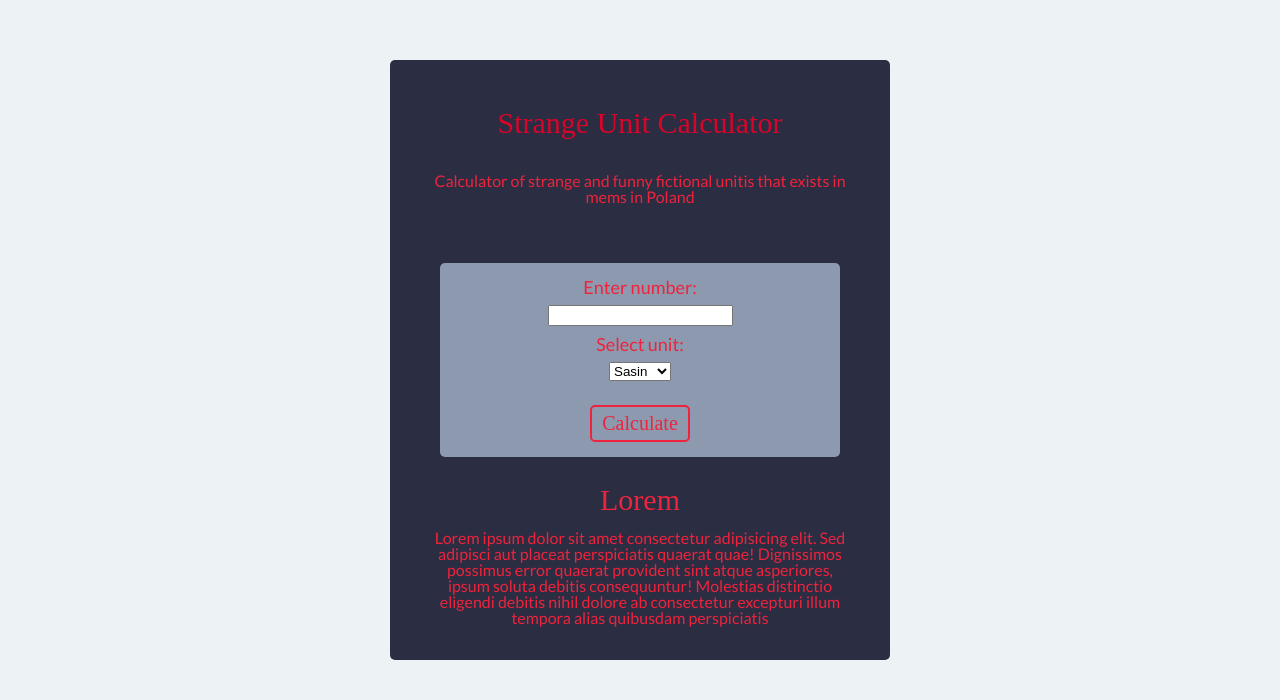
Repository: Gibon9/Calc2
Page: index.html
These files come from the project's save history. The page is drawn as it stood at one moment and after the next save; the edit follows.
The browser window is 1280 px wide. The pictures show the whole page.
Some web fonts or font styles are not loaded; a fallback is used.

Above is the page before, as saved 2020-11-25 12:26:14.

After the next save:
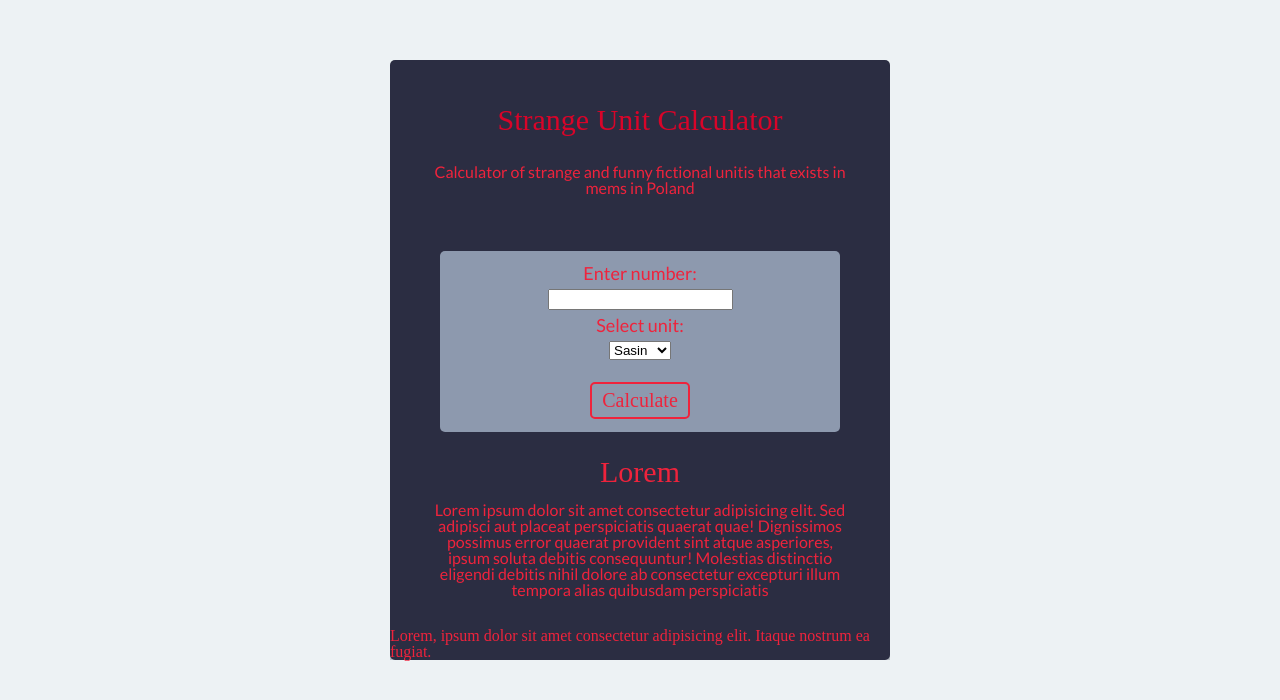
Saved 30 s later.
--- a/index.html
+++ b/index.html
@@ -18,15 +18,15 @@
         </p>
       </header>
       <form action="" class="input-form">
-          <label for="number" class="input-form--number">Enter number: </label>
-          <input type="number" class="" id="number" />
+        <label for="number" class="input-form--number">Enter number: </label>
+        <input type="number" class="" id="number" />
 
-          <label for="selector" class="input-form--selector">Select unit:</label>
-          <select name="unit-selector" id="selector">
-            <option value="sasin">Sasin</option>
-            <option value="wenta">Wenta</option>
-            <option value="golota">Gołota</option>
-          </select>
+        <label for="selector" class="input-form--selector">Select unit:</label>
+        <select name="unit-selector" id="selector">
+          <option value="sasin">Sasin</option>
+          <option value="wenta">Wenta</option>
+          <option value="golota">Gołota</option>
+        </select>
 
         <button class="calc-button">Calculate</button>
       </form>
@@ -42,13 +42,13 @@
         </p>
       </section>
 
-      <!-- <section class="score popup">
+      <section class="score popup">
         <h2 class="score--text">
           Lorem, ipsum dolor sit amet consectetur adipisicing elit. Itaque
           nostrum ea fugiat.
         </h2>
       </section>
-    </main> -->
+    </main>
 
     <script src="./index.js"></script>
   </body>
